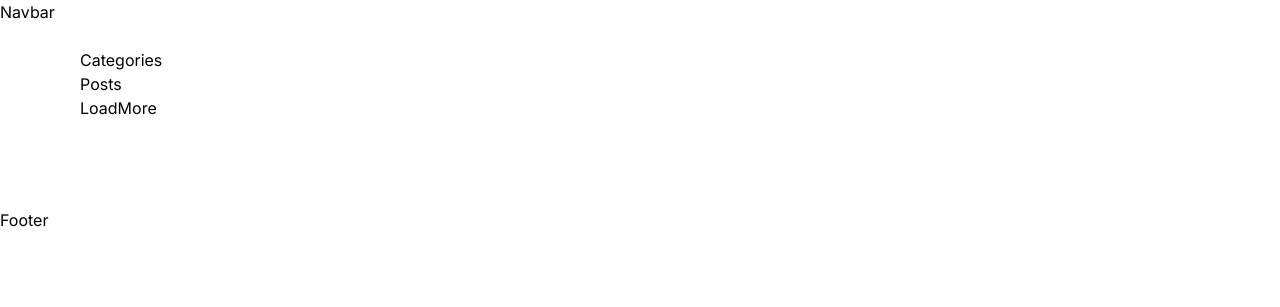
Repository: YUKIKAZE-nanoda/shigure_grafbase
Page: /
The author's editor kept a copy of each file at every save. The page is drawn from the files as they stood at one save, then again after a run of saves.
The browser window is 1280 px wide. The pictures show the whole page.
The project was rebuilt for these pictures with package versions that can differ from the ones it lists, and the page was loaded fresh each time. The framework's server and built-in components were replaced by stand-ins that run in the browser. Also part of the build but not shown: next.config.js.

Above is the page before, as saved 2023-07-15 10:29:19.

After the next 2 saves:
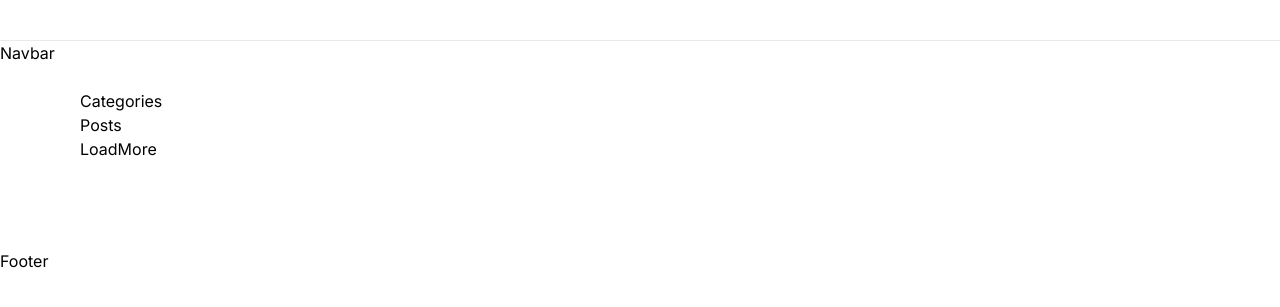
The 2 saves are shown as one change because they came seconds apart.
The last was saved 11 s later.
--- a/components/Navbar.tsx
+++ b/components/Navbar.tsx
@@ -2,7 +2,7 @@ import React from "react";
 
 const Navbar=()=>{
     return (
-        <nav className="flexBetween">
+        <nav className="flexBetween navbar">
             <div>
 
             </div>
